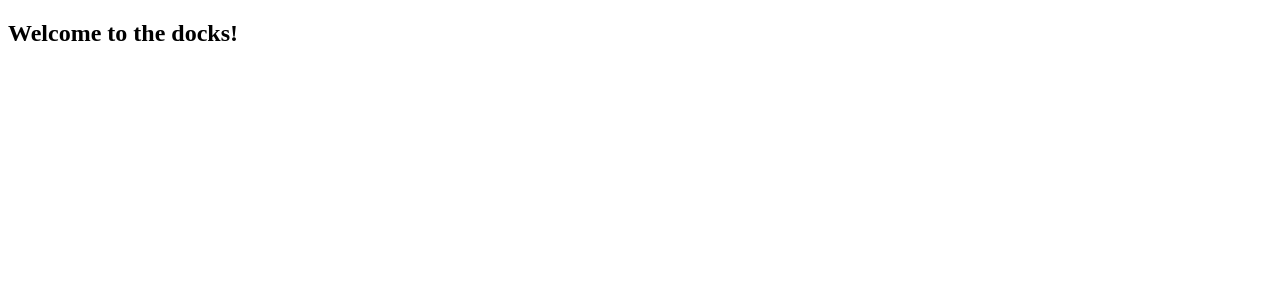
Repository: charliejp0311/java-final-proj
Page: dockWalk-frontend/index.html
An editor plug-in stored every save of this project. The page is shown before and after the next save, followed by the edit.
The browser window is 1280 px wide. The pictures show the whole page.
The page's requests for data from a server got no answer.

Above is the page before, as saved 2020-08-27 15:38:42.
Not found: dockWalk-frontend/src/door-ranges.js charset=
Not found: dockWalk-frontend/styles.css

After the next save:
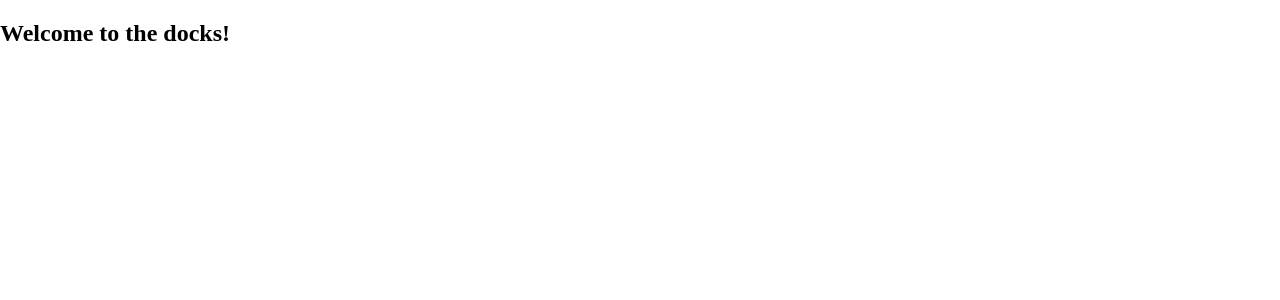
Saved 2 min 29 s later.
--- a/dockWalk-frontend/index.html
+++ b/dockWalk-frontend/index.html
@@ -2,7 +2,7 @@
 <html lang="en" dir="ltr">
     <head>
         <meta charset="utf-8">
-        <link rel="stylesheet" href="styles.css">
+        <link rel="stylesheet" href="/dockWalk-frontend/style.css">
         <title>Dock Walk</title>
     </head>
     <body id="dock">
